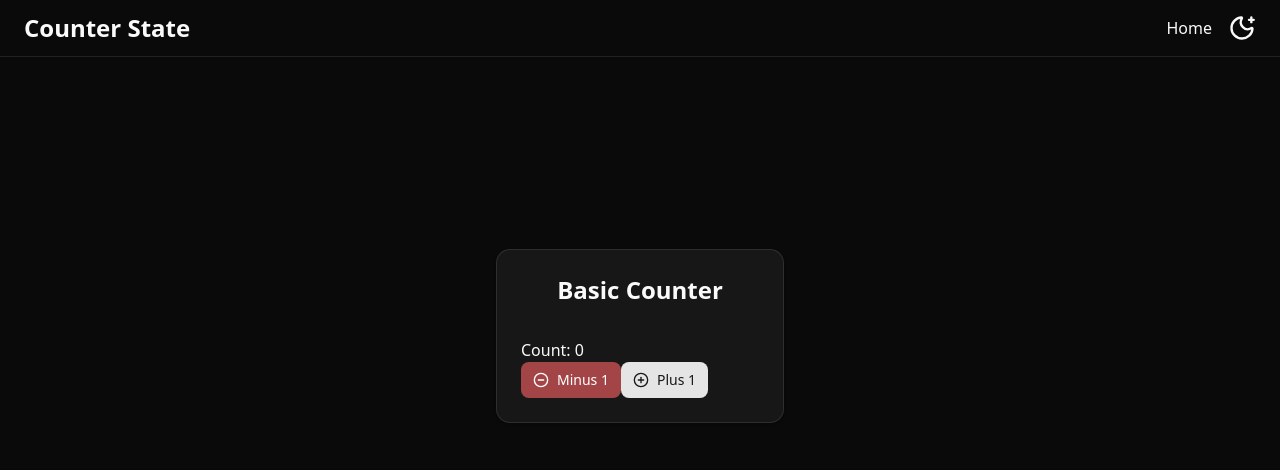
Repository: dev-piyushsarkar/counter-state-project
Page: /
These files come from the project's save history. The page is drawn as it stood at one moment and after the next save; the edit follows.
The browser window is 1280 px wide. The pictures show the whole page.
The project was rebuilt for these pictures with package versions that can differ from the ones it lists, and the page was loaded fresh each time. The framework's server and built-in components were replaced by stand-ins that run in the browser. Also part of the build but not shown: next.config.ts.

Above is the page before, as saved 2025-11-15 13:46:51.

After the next save:
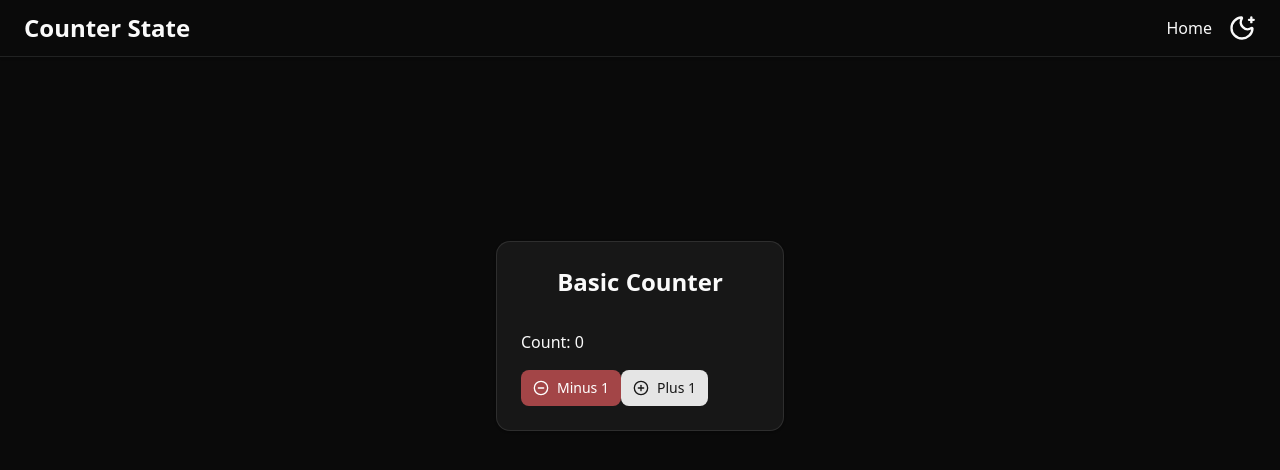
Saved 69 s later.
--- a/src/app/page.tsx
+++ b/src/app/page.tsx
@@ -22,7 +22,7 @@ const page = () => {
 						Basic Counter
 					</CardTitle>
 				</CardHeader>
-				<CardContent>
+				<CardContent className="space-y-4">
 					<div className="">Count: 0</div>
 					<div className="">
 						<Button variant={"destructive"}>
